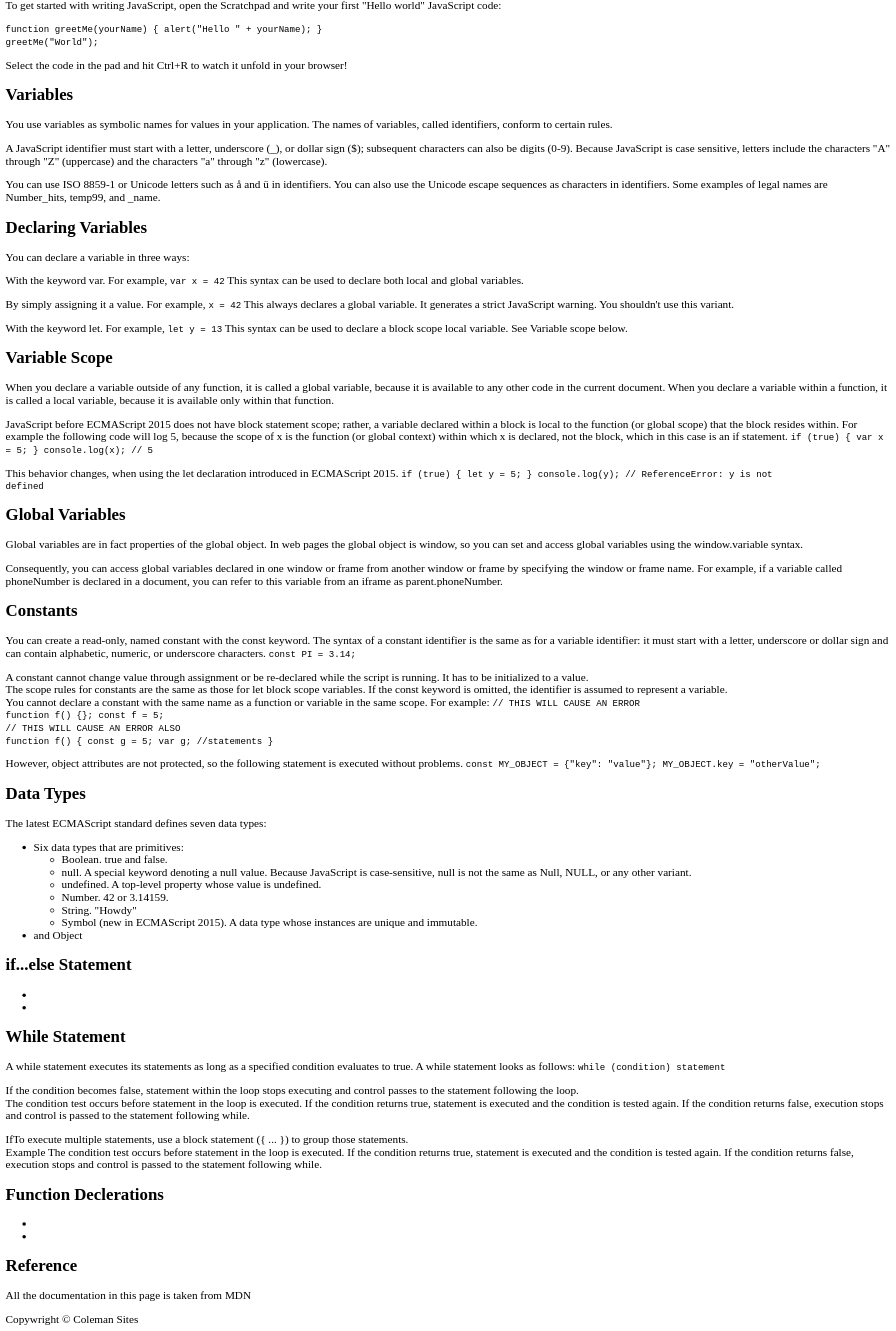
Repository: ctcoleman/technicalDocumentationPage
Page: index.html
The author's editor kept a copy of each file at every save. The page is drawn from the files as they stood at one save, then again after the next save.
The browser window is 1280 px wide. The pictures show the part of the page from y = 1023 to 2943 px (the page is 2925 px tall before and 2943 px after), at 70% of full size.

Above is the page before, as saved 2020-07-09 22:17:26.

After the next save:
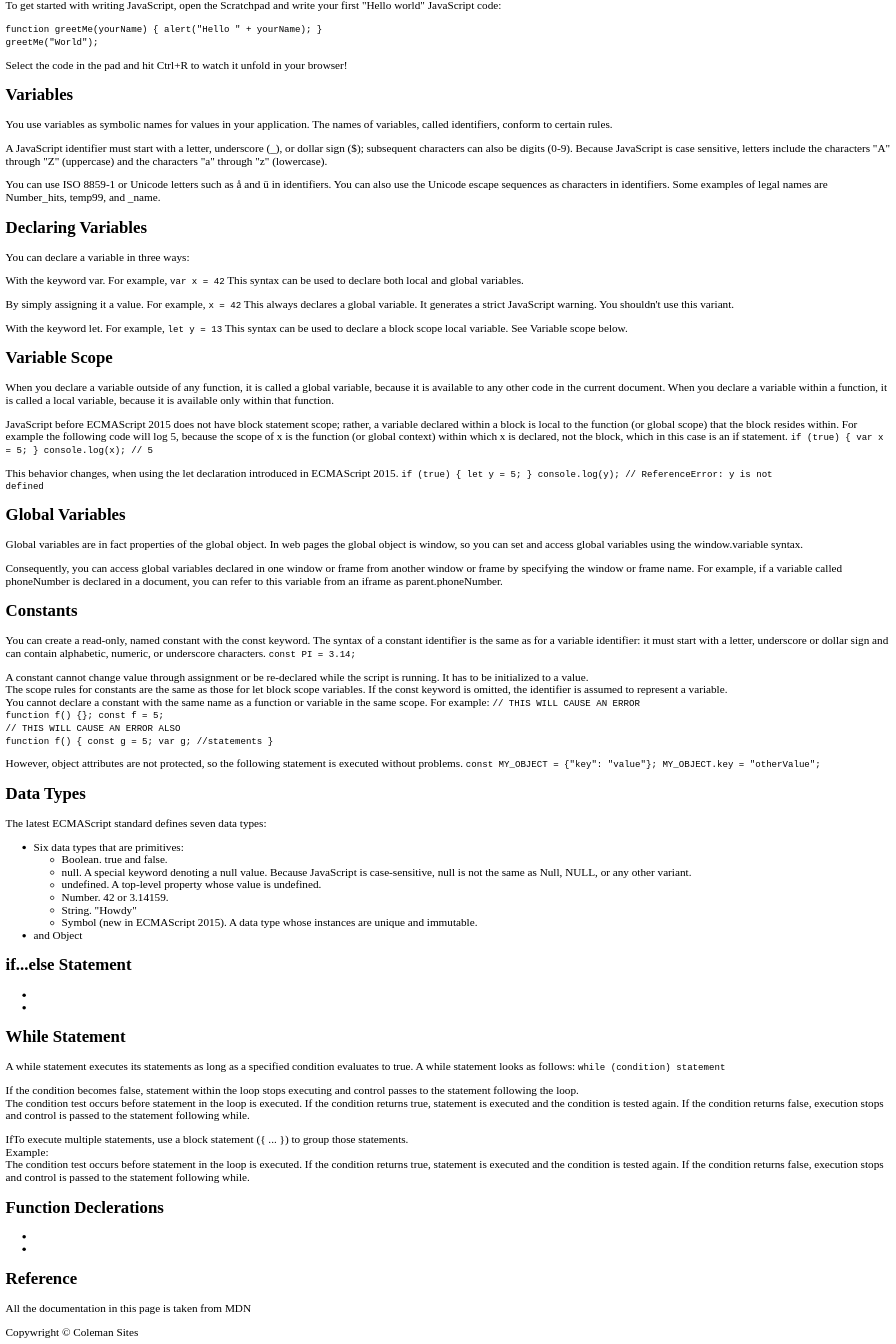
Saved 4 s later.
--- a/index.html
+++ b/index.html
@@ -326,7 +326,8 @@
         <p>
           IfTo execute multiple statements, use a block statement ({ ... }) to group those statements.
           <br>
-          Example
+          Example:
+          <br>
           The condition test occurs before statement in the loop is executed. If the condition returns true, statement is executed and the condition is tested again. If the condition returns false, execution stops and control is passed to the statement following while.
         </p>
       </article>
